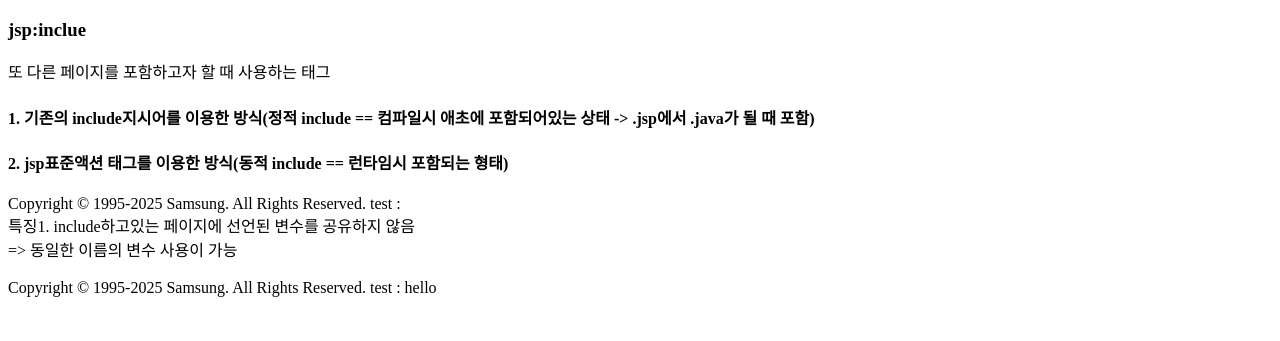
Repository: HwangInTae82/JSPProject
Page: http://localhost/elAction/views/2_standard_action_tag/01_include.jsp
An editor plug-in stored every save of this project. The page is shown before and after the next save, followed by the edit.
The browser window is 1280 px wide. The pictures show the whole page.
The page is served by Tomcat 10.

Above is the page before, as saved 2025-02-24 03:31:16.

After the next save:
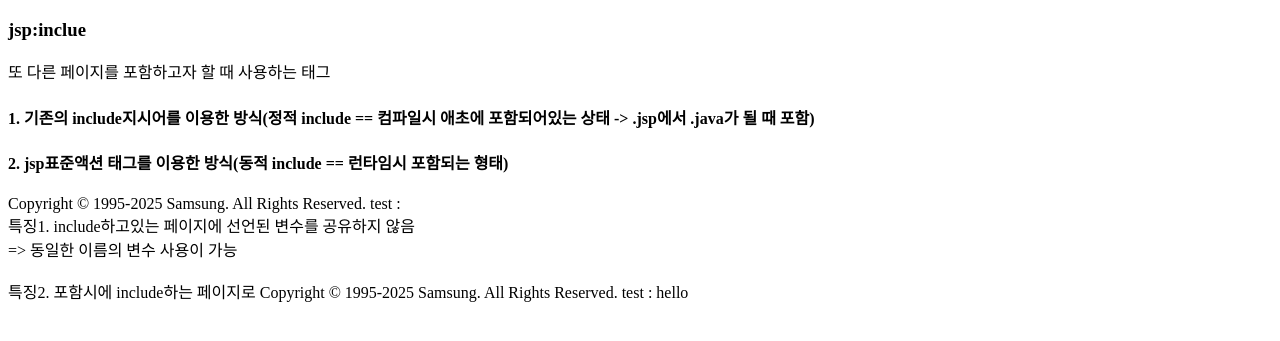
Saved 13 s later.
--- a/elAction/src/main/webapp/views/2_standard_action_tag/01_include.jsp
+++ b/elAction/src/main/webapp/views/2_standard_action_tag/01_include.jsp
@@ -32,6 +32,7 @@
     => 동일한 이름의 변수 사용이 가능 <br><br>
     <% int year = 2025; %>
 
+   	특징2. 포함시에 include하는 페이지로
     <jsp:include page="footer.jsp">
     	<jsp:param name="test" value="hello" />
     </jsp:include>
